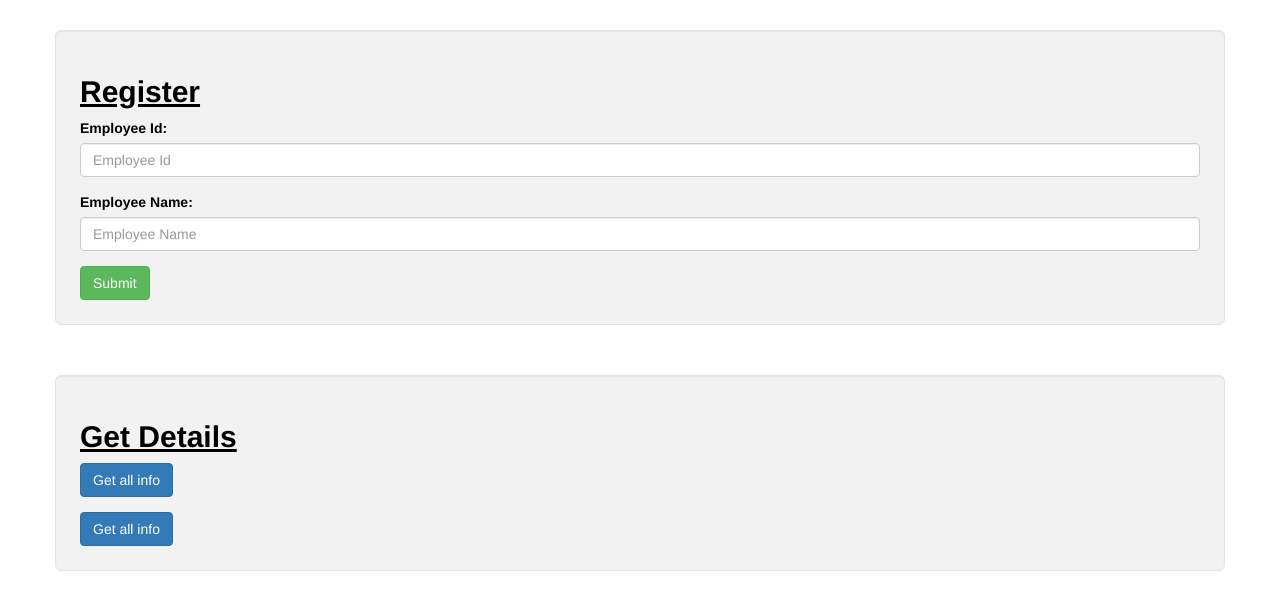
Repository: royakash07/FirstWebApplication
Page: http://localhost/SampleWebApplication/EmployeeProtal.jsp
These files come from the project's save history. The page is drawn as it stood at one moment and after the next save; the edit follows.
The browser window is 1280 px wide. The pictures show the whole page.
Some web libraries are served in a nearby version. The page is served by Tomcat 9. Nobody is signed in. The application's start-up code is not run. Other server files are loaded and not shown.

Above is the page before, as saved 2017-11-30 05:21:08.

### SampleWebApplication/WebContent/EmployeeProtal.jsp
<%@ page language="java" contentType="text/html; charset=ISO-8859-1"
    pageEncoding="ISO-8859-1"%>
<!DOCTYPE html PUBLIC "-//W3C//DTD HTML 4.01 Transitional//EN" "http://www.w3.org/TR/html4/loose.dtd">
<html>
<head>
<meta http-equiv="Content-Type" content="text/html; charset=ISO-8859-1">
<title>Portal</title>
  <meta charset="utf-8">
  <meta name="viewport" content="width=device-width, initial-scale=1">
  <link rel="stylesheet" href="https://maxcdn.bootstrapcdn.com/bootstrap/3.3.7/css/bootstrap.min.css">
  <script src="https://ajax.googleapis.com/ajax/libs/jquery/3.2.1/jquery.min.js"></script>
  <script src="https://maxcdn.bootstrapcdn.com/bootstrap/3.3.7/js/bootstrap.min.js"></script>
<style>
.well
{
color:black;
background-color:#F2F2F2;
}

</style>
</head>
<body>
<div style="padding: 30px">
<div class="container well well-lg" >
<h2><strong><u>Register</u></strong></h2>
<form action="Submit" method="post">
<div class="form-group">
  <label for="EmployeeId">Employee Id:</label>
  <input type="text" class="form-control" name="EmployeeId" placeholder="Employee Id" >
  </div>
  <div class="form-group">
  <label for="Name">Employee Name:</label>
  <input type="text" class="form-control" name="Name" placeholder="Employee Name">
  </div>
  <input type="submit"class="btn btn-success" value="Submit">
</form>
</div>
</div>
<div class="container well well-lg">
<h2><strong><u>Get Details</u></strong></h2>
<div class="form-group">
<button type="button" class="btn btn-primary" value="getAllDetails">Get all info</button>
</div>
	<button type="button" class="btn btn-primary" value="getAllDetails">Get all info</button>
</div>
</body>
</html>

After the next save:
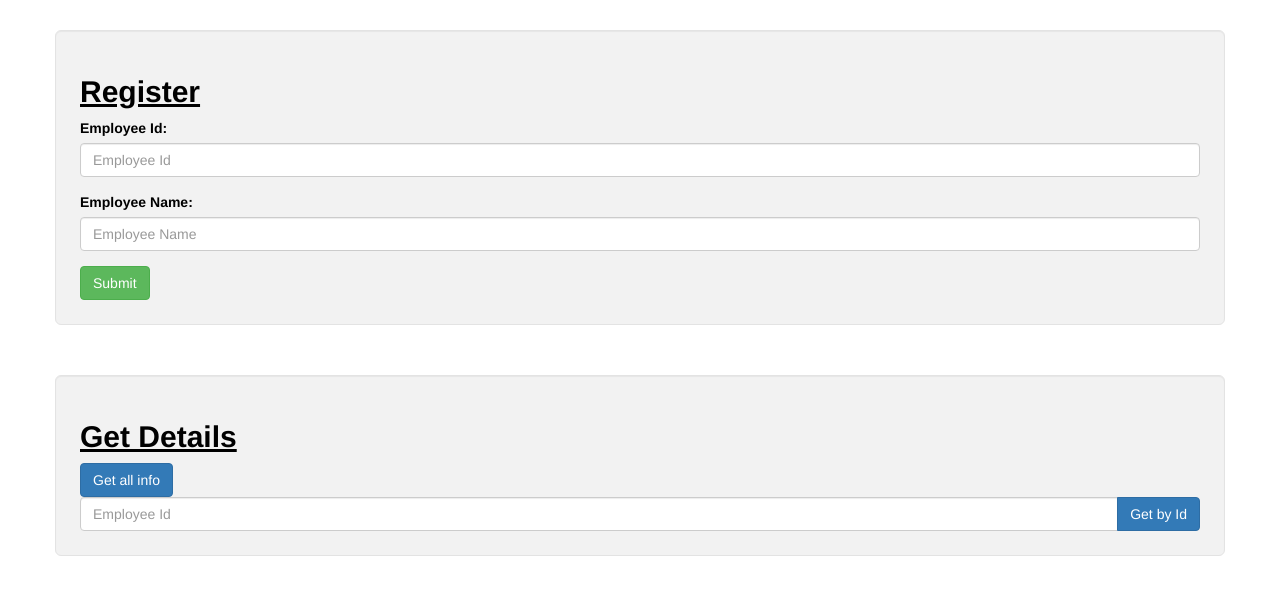
Saved 61 s later.
--- a/SampleWebApplication/WebContent/EmployeeProtal.jsp
+++ b/SampleWebApplication/WebContent/EmployeeProtal.jsp
@@ -38,10 +38,14 @@ background-color:#F2F2F2;
 </div>
 <div class="container well well-lg">
 <h2><strong><u>Get Details</u></strong></h2>
-<div class="form-group">
 <button type="button" class="btn btn-primary" value="getAllDetails">Get all info</button>
+<br>
+<div class="input-group form-inline">
+    <input type="text" placeholder="Employee Id" class="form-control">
+	<span class="input-group-btn">
+	<button type="button" class="btn btn-primary" value="getDetailsById">Get by Id</button>
+	</span>
 </div>
-	<button type="button" class="btn btn-primary" value="getAllDetails">Get all info</button>
 </div>
 </body>
 </html>
